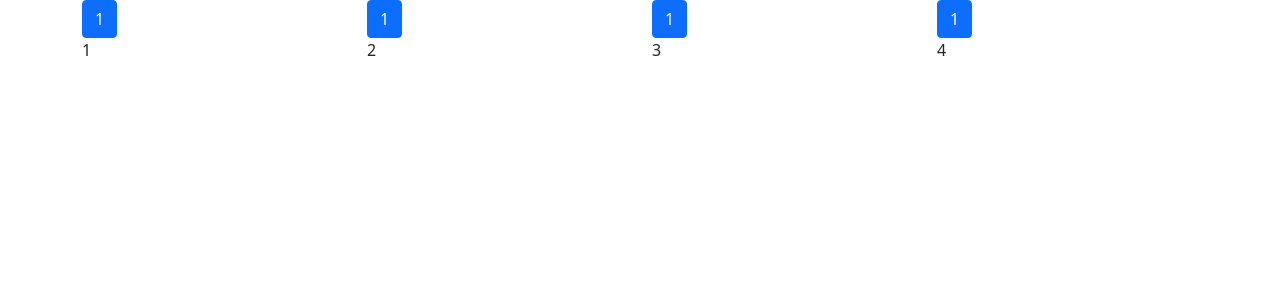
Repository: jsakdalan/CalculatorReactTypescript
Page: /
The author's editor kept a copy of each file at every save. The page is drawn from the files as they stood at one save, then again after the next save.
The browser window is 1280 px wide. The pictures show the whole page.
The project was rebuilt for these pictures with package versions that can differ from the ones it lists, and the page was loaded fresh each time. Also part of the build but not shown: src/App.css.

Above is the page before, as saved 2022-06-07 15:39:41.

After the next save:
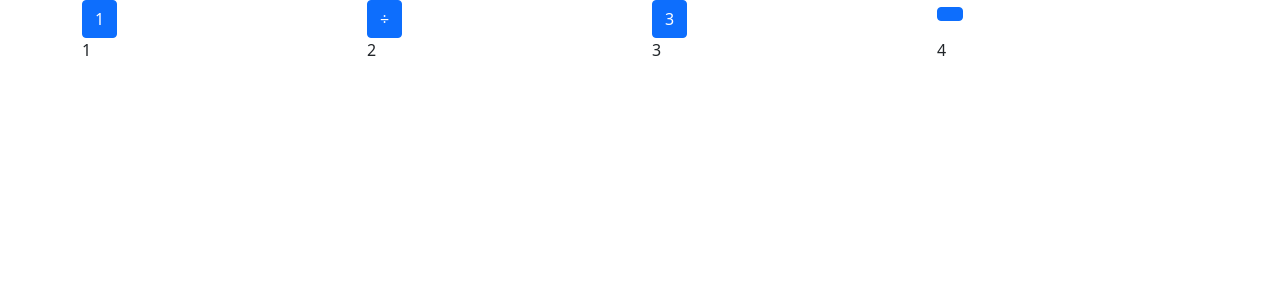
Saved 88 s later.
--- a/src/pages/Calculator.tsx
+++ b/src/pages/Calculator.tsx
@@ -23,9 +23,9 @@ export default function TextEditor(){
             <Container>
                 <Row>
                     <Col><Buttons btnNumber="1"/></Col>
-                    <Col><Button>1</Button></Col>
-                    <Col><Button>1</Button></Col>
-                    <Col><Button>1</Button></Col>
+                    <Col><Buttons btnNumber="&#247;"/></Col>
+                    <Col><Buttons btnNumber="3"/></Col>
+                    <Col><Buttons btnNumber=""/></Col>
                 </Row>
                 <Row>
                     <Col>1</Col>
